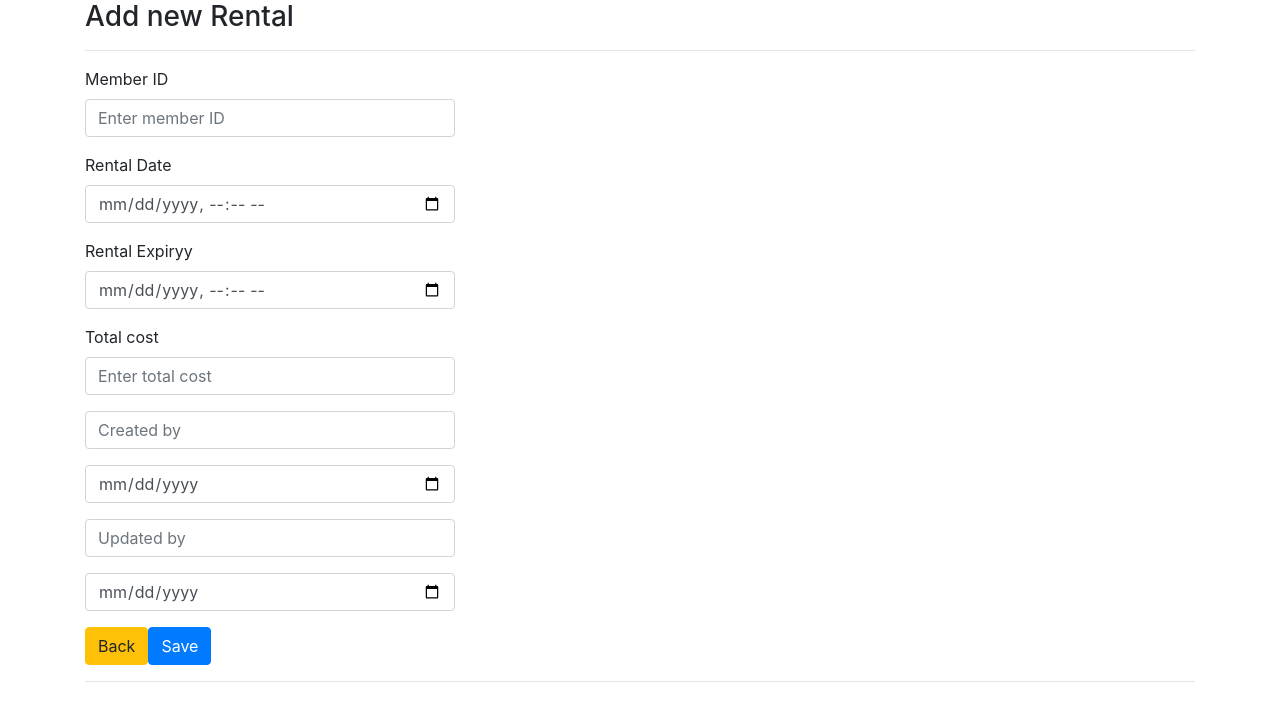
Repository: messimacky/Movie-Rental-System-Front-End
Page: /add-rental
These files come from the project's save history. The page is drawn as it stood at one moment and after the next save; the edit follows.
The browser window is 1280 px wide. The pictures show the whole page.
The project was rebuilt for these pictures with package versions that can differ from the ones it lists, and the page was loaded fresh each time. Also part of the build but not shown: src/services/movie.service.js, src/components/AddMovie.js, src/components/MoviesList.js, src/components/NotFound.js, src/components/login/Login.js, src/services/customer.service.js, src/components/AddCustomer.js, src/components/CustomerList.js and 4 more.

Above is the page before, as saved 2022-04-21 15:16:11.

### src/App.js
import { BrowserRouter as Router, Switch, Route } from 'react-router-dom';
import AddMovie from './components/AddMovie';
import MoviesList from "./components/MoviesList";
import NotFound from "./components/NotFound";
import Login from './components/login/Login';
import AddCustomer from './components/AddCustomer'
import CustomersList from './components/CustomerList';
import RentalsList from './components/RentalsList';
import AddRental from './components/AddRental';
import Home from './components/Home';
import Signup from './components/signup/Signup';
function App() {
  return (
    <Router>
      <div>
        <Switch>

          <Route exact path="/" component={Home} />
          <Route exact path="/movies" component={MoviesList} />
          <Route path="/add-movie" component={AddMovie} />
          <Route path="/movies/edit/:id" component={AddMovie} />




          <Route exact path="/customers" component={CustomersList} />
          <Route path="/add-customer" component={AddCustomer} />
          <Route path="/customers/edit/:id" component={AddCustomer} />



          <Route path="/login" component={Login} />
          <Route path="/signup" component={Signup} />


          <Route exact path="/rentals" component={RentalsList} />
          <Route exact path="/add-rental" component={AddRental} />
          <Route path="/rentals/edit/:id" component={AddRental} />


          <Route path="*" component={NotFound} />
        </Switch>
      </div>
    </Router>
  )
}

export default App;

### src/components/AddRental.js
import { useEffect, useState } from "react";
import { useParams } from "react-router-dom";
import { Link } from "react-router-dom";
import { useHistory } from "react-router-dom";
import rentalService from "../services/rental.service";


const AddRental = () => {

    // const [id, setId] = useState('');
    const [member_id, setMemberID] = useState('');
    const [rental_date, setRentalDate] = useState('');
    const [rental_expiry, setRentalExpiry] = useState('');
    const [total_cost, setTotalCost] = useState('');
    const [created_by, setCreatedBy] = useState('');
    const [created_date, setCreatedDate] = useState('');
    const [updated_by, setUpdatedBy] = useState('');
    const [updated_date, setUpdatedDate] = useState('');


    // const [movie_returned_status, setMovieReturnedStatus] = useState('');

    const history = useHistory();
    const { id } = useParams();



    const SaveRental = (e) => {
        e.preventDefault();
        const rental = { id, member_id, rental_date, rental_expiry, total_cost, created_date, created_by, updated_by, updated_date };
        if (id) {
            //update records
            rentalService.update(rental)
                .then(response => {
                    console.log("Movie added succesfully", response.data);
                    history.push('/rentals');
                })
                .catch(error => {
                    console.log("Something went wrong", error);
                });

        } else {
            //create record
            rentalService.create(rental)
                .then(response => {
                    console.log("Rental added succesfully", response.data);
                    history.push('/rentals');
                })
                .catch(error => {
                    console.log("Something get wrong", error);
                });
        }

    }
    useEffect(() => {
        if (id) {
            rentalService.get(id)
                .then(rental => {
                    setMemberID(rental.data.member_id);
                    setRentalDate(rental.data.rental_date);
                    setRentalExpiry(rental.data.rental_expiry);
                    setTotalCost(rental.date.total_cost);
                    setCreatedBy(rental.data.created_by);
                    setUpdatedDate(rental.data.created_date);
                    setUpdatedBy(rental.data.updated_by);
                    setUpdatedDate(rental.data.updated_date);



                })
                .catch(error => {
                    console.log("Something went wrong", error);
                });
        }
    }, [])


    return (
        <div className="container">
            <h3>Add new Rental</h3>
            <hr />
            <form>
                <div className="form-group">
                    <label>Member ID</label>
                    <input type="number"
                        className="form-control col-4"
                        id="memberid"
                        value={member_id}
                        onChange={(e) => setMemberID(e.target.value)}
                        placeholder="Enter member ID"
                    />
                </div>
                <div className="form-group">
                    <label>Rental Date</label>
                    <input
                        type="datetime-local"
                        className="form-control col-4"
                        id="rental_date"
                        value={rental_date}
                        onChange={(e) => setRentalDate(e.target.value)}
                        placeholder="Rental Date"
                    />
                </div>

                <div className="form-group">

                    <label>Rental Expiryy</label>
                    <input
                        type="datetime-local"
                        className="form-control col-4"
                        id="rental_expiry"
                        value={rental_expiry}
                        onChange={(e) => setRentalExpiry(e.target.value)}
                        placeholder="Enter expiry date"
                    />
                </div>


                <div className="form-group">
                    <label>Total cost</label>
                    <input
                        type="number"
                        className="form-control col-4"
                        id="total_cost"
                        value={total_cost}
                        onChange={(e) => setTotalCost(e.target.value)}
                        placeholder="Enter total cost"
                    />
                </div>

                <div className="form-group">
                    <input
                        type="text"
                        className="form-control col-4"
                        id="createdby"
                        value={created_by}
                        onChange={(e) => setCreatedBy(e.target.value)}
                        placeholder="Created by"
                    />
                </div>


                <div className="form-group">
                    <input
                        type="date"
                        className="form-control col-4"
                        id="createddate"
                        value={created_date}
                        onChange={(e) => setCreatedDate(e.target.value)}
                        placeholder="Created Date"
                    />
                </div>




                <div className="form-group">
                    <input
                        type="text"
                        className="form-control col-4"
                        id="updatedby"
                        value={updated_by}
                        onChange={(e) => setUpdatedBy(e.target.value)}
                        placeholder="Updated by"
                    />
                </div>


                <div className="form-group">
                    <input
                        type="date"
                        className="form-control col-4"
                        id="updated_date"
                        value={updated_date}
                        onChange={(e) => setUpdatedDate(e.target.value)}
                        placeholder="Updated Date"
                    />
                </div>





                <div>
                    <Link className="btn btn-warning" to="/rentals">Back</Link>
                    <button className="btn btn-primary" onClick={(e) => SaveRental(e)}>Save</button>
                </div>
            </form>
            <hr />

        </div>
    );
}

export default AddRental;

### src/components/login/Login.css
body {
    margin: 0;
    padding: 0;
    /* font-family: sans-serif; */
    background-size: cover;
    background-repeat: no-repeat;
}



.form {
    position: absolute;
    top: 50%;
    left: 50%;
    border: none;
    transform: translate(-50%, -50%);
    width: 400px;
    min-height: 450px;
    background-color: #fff;
    box-shadow: 0 15px 50px rgba(0, 0, 0, 0.5);
    padding: 50px;
    box-sizing: border-box;

    /* background: url(data:[embedded picture, 5679 characters]); */
    /* background: url(https://picsum.photos/3000/2000/?image=1015); */



}

.form h2 {
    margin-left: 60px;
    margin-top: 40px;
    color: white;
    /* margin: 30 0 40px; */
    padding: 0;
    color: black;
}

.form .input-box {
    position: relative;
    margin: 5px 0;
}

.form .input-box input {
    width: 100%;
    font-size: px;
    border: none;
    border-bottom: 2px solid #777;
    outline: none;
    padding: 10px;
    padding-left: 30px;
    box-sizing: border-box;
    font-weight: bold;
    color: #777;
}

.form .input-box input:focus,
.form .input-box input:valid {
    border-bottom-color: #03a9f4;
}

.form .input-box .fa {
    position: absolute;
    top: 8px;
    left: 5px;
    font-size: 18px;
    color: #777;
}

.form .input-box input[type="submit"] {
    border: none;
    cursor: pointer;
    background-color: #03a9f4;
    color: #fff;
    font-weight: bold;
    transition: 0.5s;
}

.form .input-box input[type="submit"]:hover {
    background-color: #ff4987;

}

.form a {
    text-decoration: none;
    color: black;

    margin-top: 4px;
    margin-left: 170px;
    /* font-weight: bold; */
    display: inline-block;
    transition: 0.5s;
}


.submit {
    margin-top: 30px;
    margin-left: 30px;


}

.form a {
    margin-top: 20px;
    margin-left: 50px;
    color: black;
    color: blue;
}

.form button {
    margin-top: 10px;
    margin-left: 50px;
    color: black;
    outline: invert;

}

.form button :hover {

    color: blue;
}

### src/components/AddCustomer.css
body {
    margin: 0;
    padding: 0;
    /* font-family: sans-serif; */
    background-size: cover;
    background-repeat: no-repeat;
}



.form {
    position: absolute;
    top: 50%;
    left: 50%;
    border: none;
    transform: translate(-50%, -50%);
    width: 400px;
    min-height: 450px;
    background-color: #fff;
    box-shadow: 0 15px 50px rgba(0, 0, 0, 0.5);
    padding: 50px;
    box-sizing: border-box;

    /* background: url(data:[embedded picture, 5679 characters]); */
    /* background: url(https://picsum.photos/3000/2000/?image=1015); */



}

.form h2 {
    margin-left: 60px;
    margin-top: 40px;
    color: white;
    /* margin: 30 0 40px; */
    padding: 0;
    color: black;
}

.form .input-box {
    position: relative;
    margin: 5px 0;
}

.form .input-box input {
    width: 100%;
    font-size: px;
    border: none;
    border-bottom: 2px solid #777;
    outline: none;
    padding: 10px;
    padding-left: 30px;
    box-sizing: border-box;
    font-weight: bold;
    color: #777;
}

.form .input-box input:focus,
.form .input-box input:valid {
    border-bottom-color: #03a9f4;
}

.form .input-box .fa {
    position: absolute;
    top: 8px;
    left: 5px;
    font-size: 18px;
    color: #777;
}

.form .input-box input[type="submit"] {
    border: none;
    cursor: pointer;
    background-color: #03a9f4;
    color: #fff;
    font-weight: bold;
    transition: 0.5s;
}

.form .input-box input[type="submit"]:hover {
    background-color: #ff4987;

}

.form a {
    text-decoration: none;
    color: black;

    margin-top: 4px;
    margin-left: 170px;
    /* font-weight: bold; */
    display: inline-block;
    transition: 0.5s;
}


.submit {
    margin-top: 30px;
    margin-left: 30px;


}

.form a {
    margin-top: 20px;
    margin-left: 50px;
    color: black;
    color: blue;
}

.form button {
    margin-top: 10px;
    margin-left: 50px;
    color: black;
    outline: invert;

}

.form button :hover {

    color: blue;
}

### src/services/rental.service.js
import httpClient from '../http-common';

const getAll = () => {
    return httpClient.get('/rentals');
}

const create = (data) => {
    return httpClient.post("/rentals", data);
}

const get = id => {
    return httpClient.get(`/rentals/${id}`);
}

const update = (data) => {
    return httpClient.put('/rentals', data);
}

const remove = id => {
    return httpClient.delete(`/rentals/${id}`);
}

export default { getAll, create, get, update, remove };

### src/components/signup/Signup.css
body {
    margin: 0;
    padding: 0;
    /* font-family: sans-serif; */
    background-size: cover;
    background-repeat: no-repeat;
}



.form {
    position: absolute;
    top: 50%;
    left: 50%;
    border: none;
    transform: translate(-50%, -50%);
    width: 400px;
    min-height: 450px;
    background-color: #fff;
    box-shadow: 0 15px 50px rgba(0, 0, 0, 0.5);
    padding: 50px;
    box-sizing: border-box;

    /* background: url(data:[embedded picture, 5679 characters]); */
    /* background: url(https://picsum.photos/3000/2000/?image=1015); */



}

.form h2 {
    margin-left: 60px;
    margin-top: 40px;
    color: white;
    /* margin: 30 0 40px; */
    padding: 0;
    color: black;
}

.form .input-box {
    position: relative;
    margin: 5px 0;
}

.form .input-box input {
    width: 100%;
    font-size: px;
    border: none;
    border-bottom: 2px solid #777;
    outline: none;
    padding: 10px;
    padding-left: 30px;
    box-sizing: border-box;
    font-weight: bold;
    color: #777;
}

.form .input-box input:focus,
.form .input-box input:valid {
    border-bottom-color: #03a9f4;
}

.form .input-box .fa {
    position: absolute;
    top: 8px;
    left: 5px;
    font-size: 18px;
    color: #777;
}

.form .input-box input[type="submit"] {
    border: none;
    cursor: pointer;
    background-color: #03a9f4;
    color: #fff;
    font-weight: bold;
    transition: 0.5s;
}

.form .input-box input[type="submit"]:hover {
    background-color: #ff4987;

}

.form a {
    text-decoration: none;
    color: black;

    margin-top: 4px;
    margin-left: 170px;
    /* font-weight: bold; */
    display: inline-block;
    transition: 0.5s;
}


.submit {
    margin-top: 30px;
    margin-left: 30px;


}

.form a {
    margin-top: 20px;
    margin-left: 50px;
    color: black;
    color: blue;
}

.form button {
    margin-top: 10px;
    margin-left: 50px;
    color: black;
    outline: invert;

}

.form button :hover {

    color: blue;
}

### src/http-common.js
import axios from "axios";


export default axios.create({
    baseURL: 'http://localhost:8080',
    headers: {
        'Content_Type': 'application/json'
    }

});

Loaded but not shown: public/index.html (common file); src/index.js (common file); src/index.css (common file); src/reportWebVitals.js (common file)

After the next save:
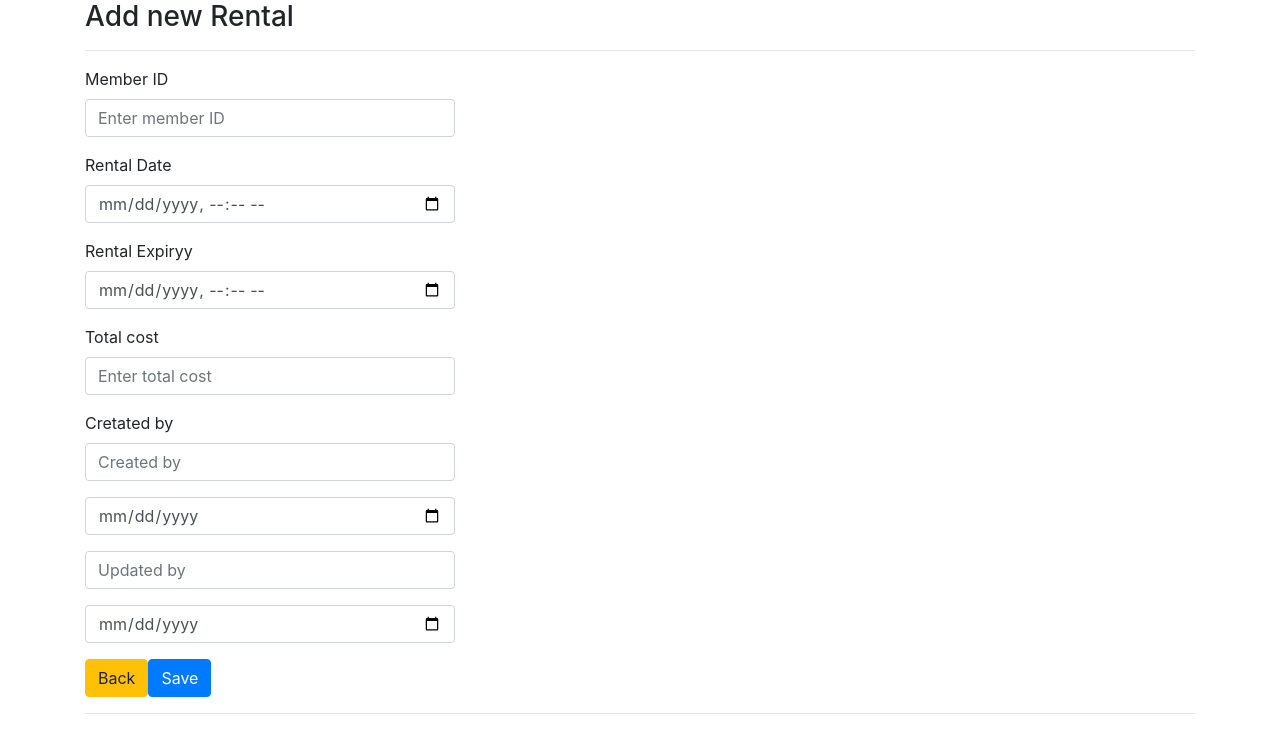
Saved 16 s later.
--- a/src/components/AddRental.js
+++ b/src/components/AddRental.js
@@ -129,6 +129,8 @@ const AddRental = () => {
                 </div>
 
                 <div className="form-group">
+                    <label>Cretated by</label>
+
                     <input
                         type="text"
                         className="form-control col-4"
